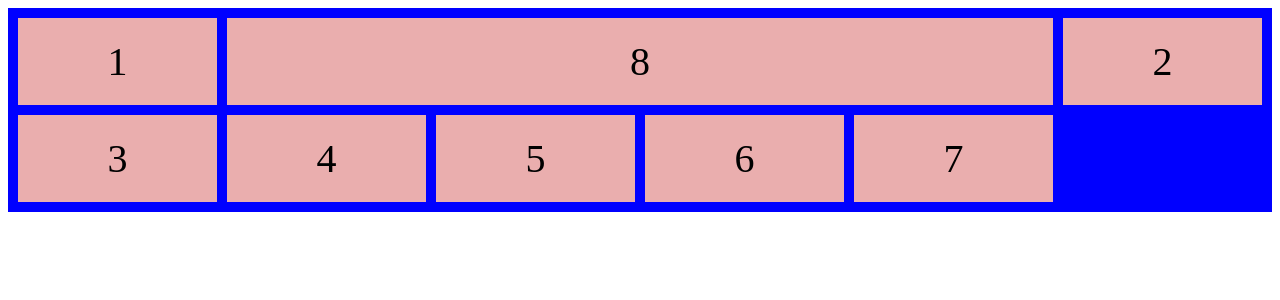
Repository: Thonghehe/Lab2_Web106
Page: Buoi2/index24.html
An editor plug-in stored every save of this project. The page is shown before and after the next save, followed by the edit.
The browser window is 1280 px wide. The pictures show the whole page.

Above is the page before, as saved 2024-03-09 17:18:21.

After the next save:
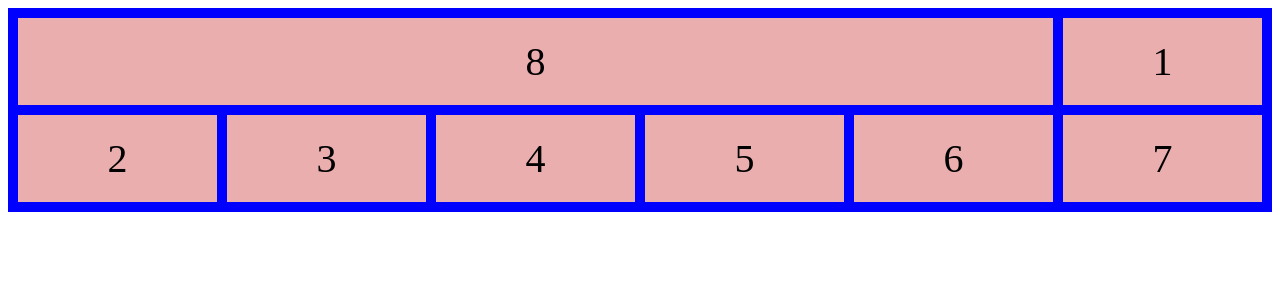
Saved 5 s later.
--- a/Buoi2/index24.html
+++ b/Buoi2/index24.html
@@ -22,7 +22,7 @@
         }
 
         .item8 {
-            grid-area: 1 / 2 / 2 / 6;
+            grid-area: 1 / 1 / 2 / 6;
         }
     </style>
 </head>
